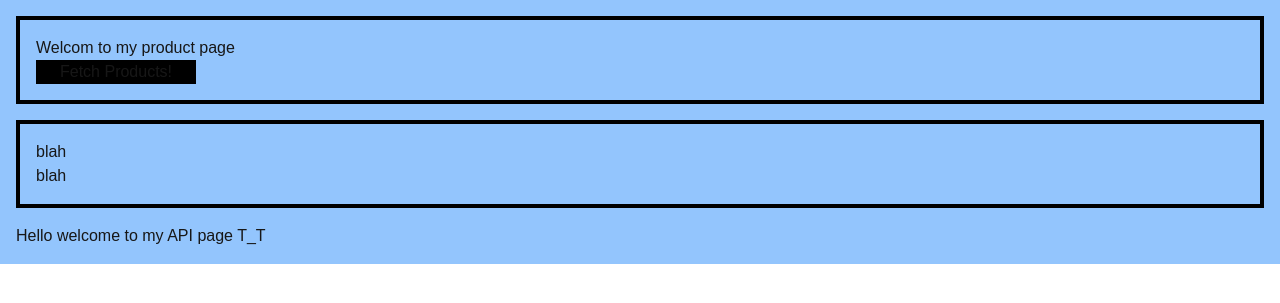
Repository: MelissaJacobi/mdia-3126
Page: /api (app in webapp-lab06/)
The author's editor kept a copy of each file at every save. The page is drawn from the files as they stood at one save, then again after the next save.
The browser window is 1280 px wide. The pictures show the whole page.
The project was rebuilt for these pictures with package versions that can differ from the ones it lists, and the page was loaded fresh each time. The framework's server and built-in components were replaced by stand-ins that run in the browser. Also part of the build but not shown: webapp-lab06/next.config.mjs.

Above is the page before, as saved 2024-10-08 14:59:27.

After the next save:
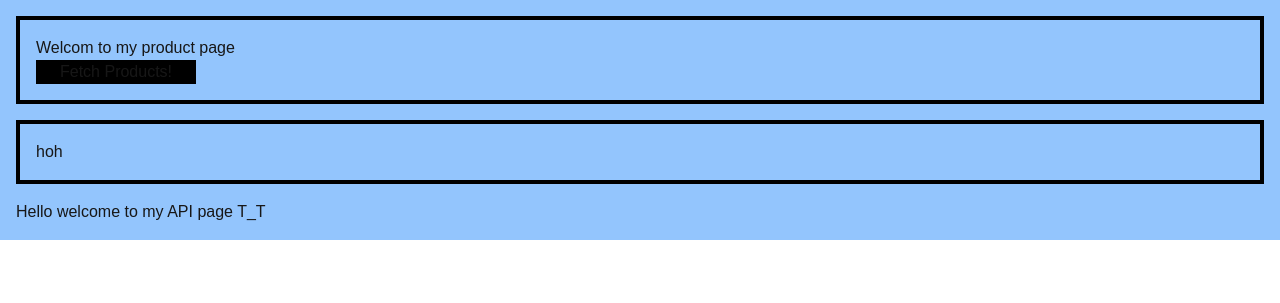
Saved 10 s later.
--- a/webapp-lab06/src/app/api/page.js
+++ b/webapp-lab06/src/app/api/page.js
@@ -21,8 +21,7 @@ export default function Page() {
             return (
                 <div>
                     <ul className="border-4 border-black p-4 mb-4">
-                        <li>blah</li>
-                        <li>blah</li>
+                        hoh
                     </ul>
                 </div>
             )
